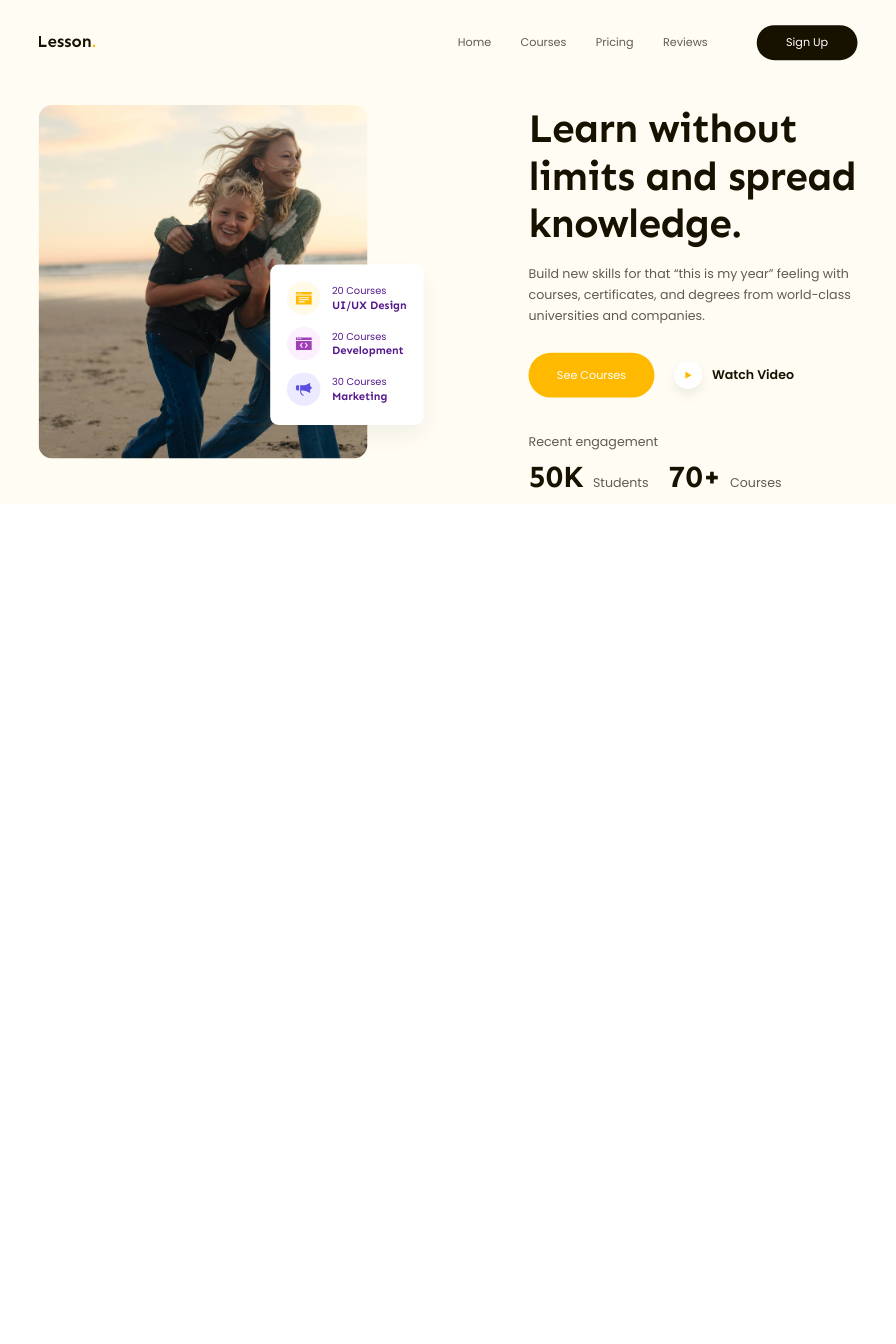
Repository: tinhtranjp/htmlcss-01
Page: index.html
An editor plug-in stored every save of this project. The page is shown before and after a run of saves, followed by the edit.
The browser window is 1280 px wide. The pictures show the part of the page from y = 0 to 1920 px (the page is 5000 px tall), at 70% of full size.

Above is the page before, as saved 2023-01-20 02:47:30.

### index.html
<!DOCTYPE html>
<html lang="en">
  <head>
    <meta charset="UTF-8" />
    <meta http-equiv="X-UA-Compatible" content="IE=edge" />
    <meta name="viewport" content="width=device-width, initial-scale=1.0" />
    <title>Project-01</title>
    <link rel="stylesheet" href="./assets/css/reset.css" />
    <link rel="stylesheet" href="./assets/css/base.css" />
    <link rel="stylesheet" href="./assets/css/styles.css" />
    <link rel="preconnect" href="https://fonts.googleapis.com" />
    <link rel="preconnect" href="https://fonts.gstatic.com" crossorigin />
    <link
      href="https://fonts.googleapis.com/css2?family=Poppins:ital,wght@0,400;0,500;0,600;0,700;1,400&family=Sen:wght@700&display=swap"
      rel="stylesheet"
    />
  </head>
  <body>
    <div class="main" style="height: 5000px">
      <!-- Header -->
      <header class="header fixed">
        <div class="content">
          <div class="body">
            <a href=""
              ><img src="./assets/img/Lesson..svg" alt="Lesson." class="logo"
            /></a>

            <nav class="nav">
              <ul class="nav-list">
                <li class="nav-item">
                  <a href="#!">Home</a>
                </li>
                <li class="nav-item">
                  <a href="#!">Courses</a>
                </li>
                <li class="nav-item">
                  <a href="#!">Pricing</a>
                </li>
                <li class="nav-item">
                  <a href="#!">Reviews</a>
                </li>
              </ul>
            </nav>

            <div class="acction">
              <a href="#!" class="btn acction-btn">Sign Up</a>
            </div>
          </div>
        </div>
      </header>

      <!-- Hero -->
      <div class="hero">
        <div class="content">
          <div class="hero-body">
            <div class="hero-img-block">
              <div class="hero-img-wrap">
                <img
                  src="./assets/img/hero-img.jpg"
                  alt="Learn without limits and spread knowledge."
                  class="hero-img"
                />

                <div class="marketing">
                  <div class="group">
                    <a href=""
                      ><img src="./assets/img/Group 17525.svg" alt=""
                    /></a>
                    <div class="info">
                      <p><a href="">20 Courses</a></p>
                      <h2 class="sub-title"><a href="">UI/UX Design</a></h2>
                    </div>
                  </div>

                  <div class="group">
                    <a href=""
                      ><img src="./assets/img/Group 17524.svg" alt=""
                    /></a>
                    <div class="info">
                      <p><a href="">20 Courses</a></p>
                      <h2 class="sub-title"><a href="">Development</a></h2>
                    </div>
                  </div>

                  <div class="group">
                    <a href=""
                      ><img src="./assets/img/Group 17523.svg" alt=""
                    /></a>
                    <div class="info">
                      <p><a href="">30 Courses</a></p>
                      <h2 class="sub-title"><a href="">Marketing</a></h2>
                    </div>
                  </div>
                </div>
              </div>
            </div>

            <div class="hero-info">
              <h1 class="title">Learn without limits and spread knowledge.</h1>
              <p class="desc">
                Build new skills for that “this is my year” feeling with
                courses, certificates, and degrees from world-class universities
                and companies.
              </p>
              <div class="accition-group">
                <a href="#!" class="btn hero-btn">See Courses</a>
                <a href="#!" class="watch-group">
                  <div class="img-wrap">
                    <img src="./assets/img/Polygon 2.svg" alt="" />
                  </div>
                  <h3>Watch Video</h3>
                </a>
              </div>
              <p>Recent engagement</p>
              <div class="qty">
                <strong>50K <span>Students</span></strong>
                <strong>70+ <span>Courses</span></strong>
              </div>
            </div>
          </div>
        </div>
      </div>
    </div>
  </body>
</html>

### assets/css/base.css
* {
  box-sizing: border-box;
}

:root {
  --primary-color: #ffb900;
}

html {
  font-size: 62.5%;
}

body {
  font-size: 1.6rem;
  font-family: "Poppins", sans-serif;
  font-weight: 400;
  color: #5f5b53;
}

.content {
  width: 1170px;
  max-width: calc(100% - 48px);
  margin-left: auto;
  margin-right: auto;
}

h1,
h2 {
  font-family: "Sen", sans-serif;
  font-weight: 700;
}

.text-line2 {
  display: -webkit-box;
  -webkit-line-clamp: 2;
  -webkit-box-orient: vertical;
  overflow: hidden;
}

.text-line2.text-line3 {
  -webkit-line-clamp: 3;
}

a {
  text-decoration: none;
}

.btn {
  display: inline-block;
  min-width: 118px;
  padding: 0 16px;
  height: 50px;
  line-height: 50px;
  text-align: center;
  background: #171100;
  border-radius: 25px;
  color: #fff;
}

.btn:hover {
  cursor: pointer;
  opacity: 0.9;
}

### assets/css/styles.css
/* ========================> Header <======================= */

.header {
  padding-top: 28px;
  background: #fffcf4;
}

.fixed {
  position: sticky;
  left: 0;
  top: -28px;
}

.header .logo:hover {
  cursor: pointer;
}

.header .body {
  display: flex;
  align-items: center;
  padding: 8px 0;
}

.header nav {
  margin-left: auto;
}

.header .nav-list {
  display: flex;
  align-items: center;
}

.header .nav-item > a {
  display: inline-block;
  padding: 8px 21px;
  line-height: 1.75;
  color: #5f5b53;
}

.header .nav-item > a::after {
  content: "";
  display: block;
  width: 0;
  height: 1.2px;
  background: var(--primary-color);
  transition: ease 0.4s;
}

.header .nav-item > a:hover::after {
  width: 100%;
}

.header .acction {
  margin-left: 49px;
}

.acction-btn {
  min-width: 144px;
}

.acction-btn:hover {
  background-color: transparent;
  color: #333;
  background-color: var(--primary-color);
  opacity: 0.7;
  transition: ease-in 0.2s;
}

/* ======================> Hero <==================== */

.hero {
  padding: 56px 0 65px 0;
  height: calc(100vh - 94px);
  background: #fffcf4;
}

.hero-body {
  display: flex;
}

.hero .hero-img-block {
  width: 50%;
}

.hero-img-wrap,
.hero .hero-img-block .hero-img {
  width: 470px;
  height: calc(100vh - 215px);
  object-fit: cover;
  border-radius: 20px;
}

.hero-img-wrap {
  position: relative;
}

.hero-img-block .marketing {
  position: absolute;
  background: #fff;
  padding: 24px;
  border-radius: 12px;
  bottom: 48px;
  right: -80px;
  box-shadow: 0px 16px 32px rgba(0, 0, 0, 0.05);
}

.hero-img-block .marketing .group {
  display: flex;
}

.hero-img-block .marketing .group:not(:first-child) {
  margin-top: 14px;
}

.hero-img-block .marketing .info {
  display: flex;
  flex-direction: column;
  margin-left: 16px;
}

.hero-img-block .marketing .info p {
  font-weight: 400;
  font-size: 1.4rem;
  line-height: 1.86;
}

.hero-img-block .marketing .title {
  font-family: "Poppins", sans-serif;
  font-weight: 600;
  line-height: 1.67;
  color: #171100;
}

.hero .hero-info {
  height: 48px;
  width: 50%;
  display: flex;
  justify-content: space-between;
  flex-direction: column;
  margin-left: 230px;
}

.hero-info .title {
  width: 470px;
  font-weight: 700;
  font-size: 5.8rem;
  line-height: 1.17;
  letter-spacing: -0.02em;
  color: #171100;
}

.hero-info .desc {
  font-size: 1.8rem;
  line-height: 1.67;
  width: 470px;
  margin-top: 22px;
}

.hero-info .accition-group {
  margin-top: 38px;
  display: flex;
  align-items: center;
}

.hero-info .watch-group {
  display: flex;
  align-items: center;
}

.hero-btn {
  min-width: 180px;
  height: 64px;
  line-height: 64px;
  background: #ffb900;
  border-radius: 32px;
  transition: ease 0.3s;
}

.hero-btn:hover {
  opacity: 0.8;
}

.img-wrap {
  display: flex;
  align-items: center;
  justify-content: center;
  width: 40px;
  height: 40px;
  background-color: #fff;
  border-radius: 50%;
  margin-left: 28px;
  box-shadow: 0px 8px 16px rgba(0, 0, 0, 0.07);
}

.hero-info .watch-group img {
  width: 12px;
  height: 12px;
}

.hero-info .watch-group h3 {
  font-weight: 600;
  font-size: 1.8rem;
  line-height: 1.67;
  color: #171100;
  margin-left: 14px;
}

.hero-info p:not(.desc) {
  margin-top: 48px;
  font-size: 1.8rem;
  line-height: 1.67;
  color: #5f5b53;
}

.hero-info .qty {
  display: flex;
  margin-top: 8px;
}

.hero-info .qty strong {
  font-family: "Sen";
  font-weight: 700;
  font-size: 4.4rem;
  line-height: 1.23;
  color: #171100;
}

.hero-info .qty span {
  font-weight: 400;
  font-family: "Poppins", sans-serif;
  font-size: 1.8rem;
  line-height: 1.67;
  color: #5f5b53;
}

.hero-info .qty strong:last-child {
  margin-left: 28px;
}

Loaded but not shown: assets/css/reset.css (common file)

After the next 2 saves:
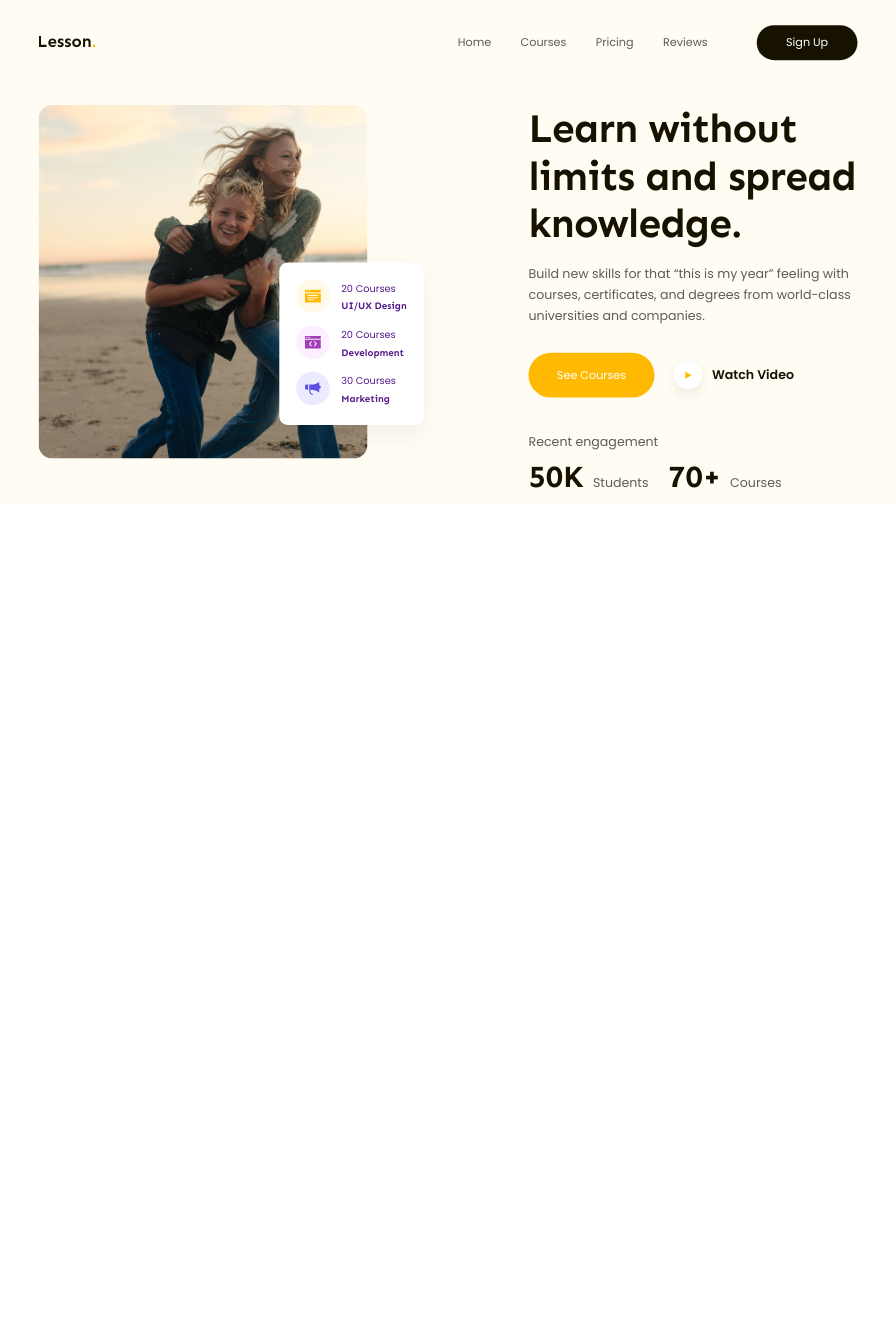
The 2 saves are shown as one change because they came seconds apart.
The last was saved 35 s later.
--- a/assets/css/styles.css
+++ b/assets/css/styles.css
@@ -118,7 +118,7 @@
   margin-left: 16px;
 }
 
-.hero-img-block .marketing .info p {
+.hero-img-block .marketing .info a {
   font-weight: 400;
   font-size: 1.4rem;
   line-height: 1.86;

After the save that followed:
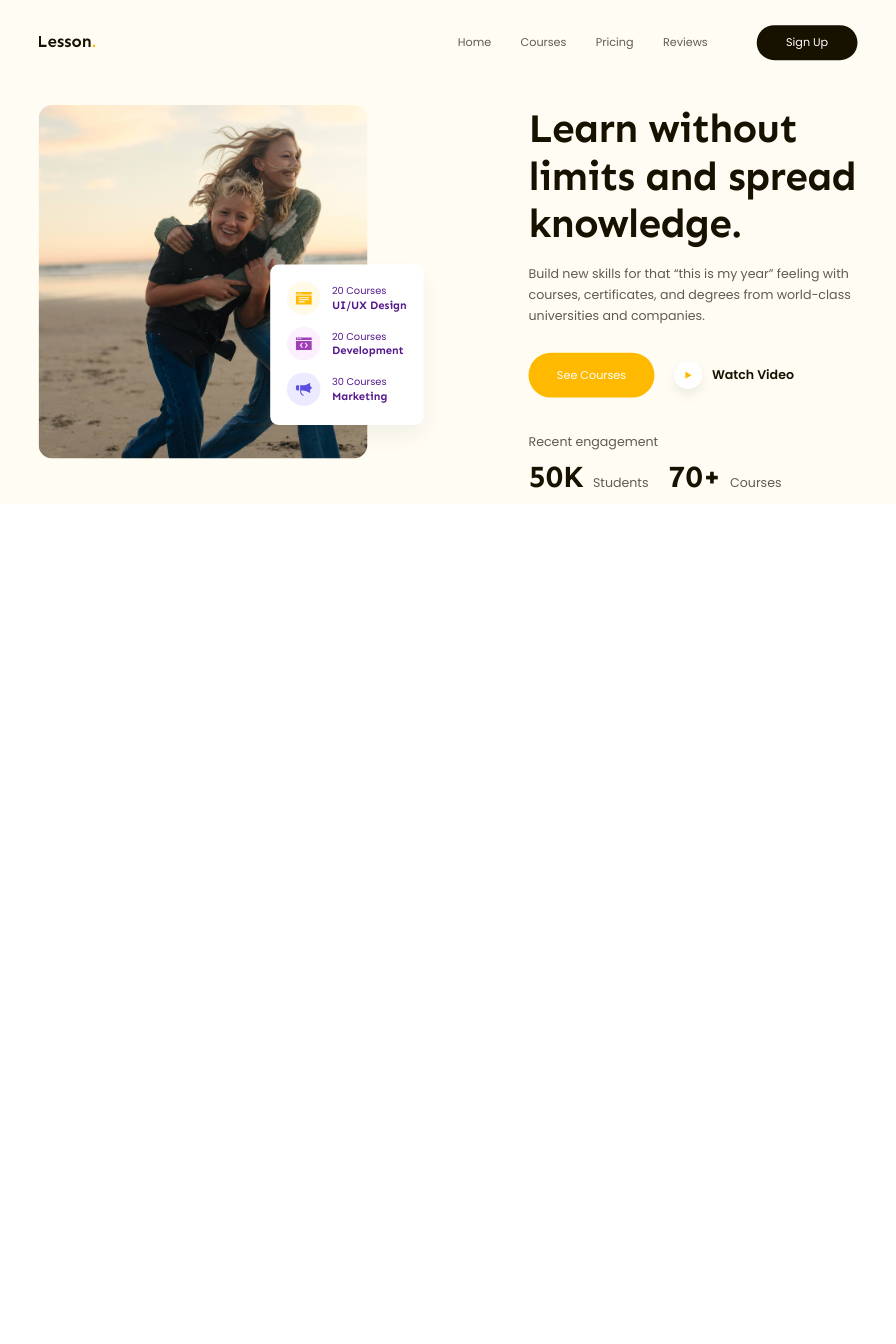
Saved 10 s later.
--- a/assets/css/styles.css
+++ b/assets/css/styles.css
@@ -118,7 +118,7 @@
   margin-left: 16px;
 }
 
-.hero-img-block .marketing .info a {
+.hero-img-block .marketing .info p {
   font-weight: 400;
   font-size: 1.4rem;
   line-height: 1.86;
